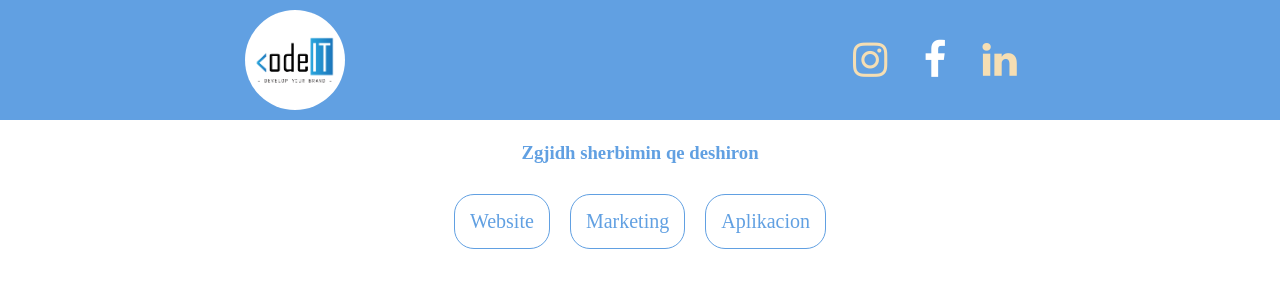
Repository: Edes2128/CODEIT-FINAL
Page: /
The author's editor kept a copy of each file at every save. The page is drawn from the files as they stood at one save, then again after a run of saves.
The browser window is 1280 px wide. The pictures show the whole page.
The project was rebuilt for these pictures with package versions that can differ from the ones it lists, and the page was loaded fresh each time.

Above is the page before, as saved 2020-06-29 23:46:56.

After the next 2 saves:
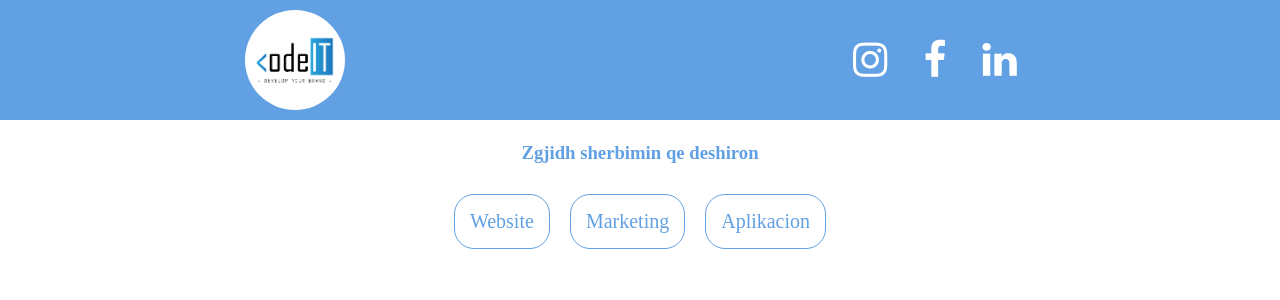
The 2 saves are shown as one change because they came seconds apart.
The last was saved 6 s later.
--- a/src/index.css
+++ b/src/index.css
@@ -75,7 +75,7 @@
 }
 
 .instagram{
-  color: wheat;
+  color: rgb(255, 255, 255);
   font-size: 40px;
 }
 
@@ -85,6 +85,6 @@
 }
 
 .linkedin{
-  color: wheat;
+  color: rgb(255, 255, 255);
   font-size: 40px;
 }
